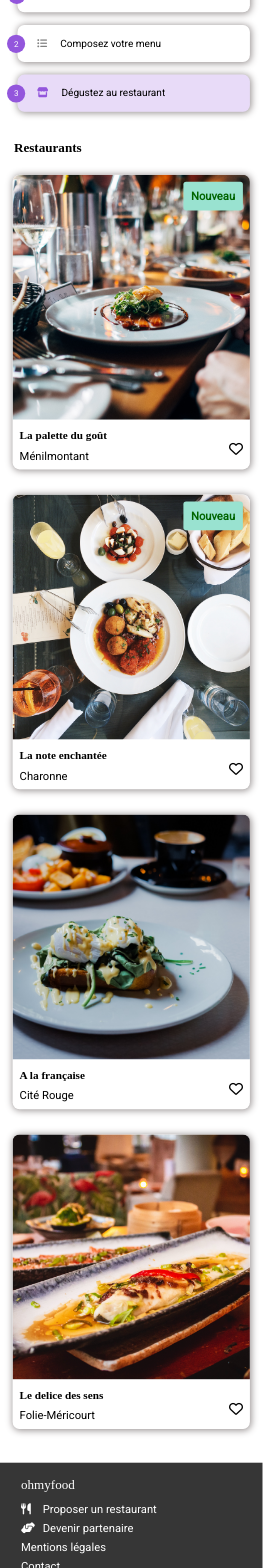
Repository: Micka-17/boimickael_3_16042021
Page: index.html
The author's editor kept a copy of each file at every save. The page is drawn from the files as they stood at one save, then again after a run of saves.
The browser window is 375 px wide. The pictures show the part of the page from y = 481 to 2721 px (the page is 2745 px tall before and 2453 px after), at 70% of full size.
Some web fonts or font styles are not loaded; a fallback is used. Some web libraries are served in a nearby version. The style sheet was rebuilt from its Sass, Less or Tailwind sources for each picture, by a compiler version that may differ from the author's.

Above is the page before, as saved 2021-05-26 10:05:31.

After the next 3 saves:
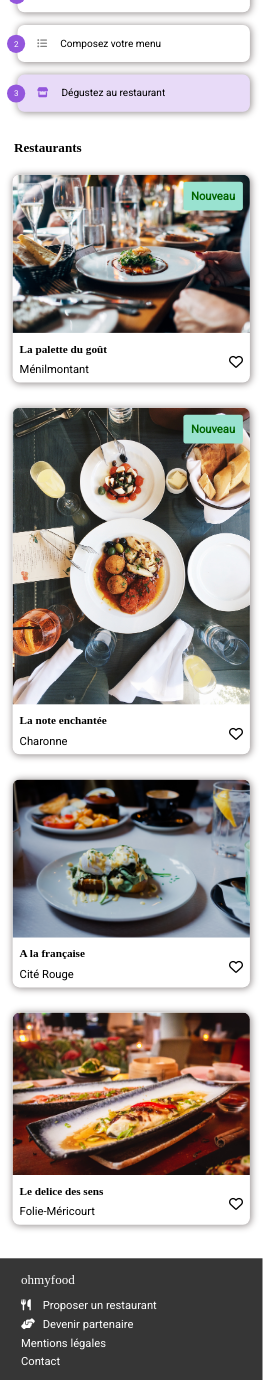
The 3 saves are shown as one change because they came seconds apart.
The last was saved 36 s later.
--- a/sass/style.scss
+++ b/sass/style.scss
@@ -182,6 +182,7 @@ li { position: relative;
         }
             @media (max-width:500px) {
                 max-width: 100%;
+                height: auto;
             }
 }
 .card {
